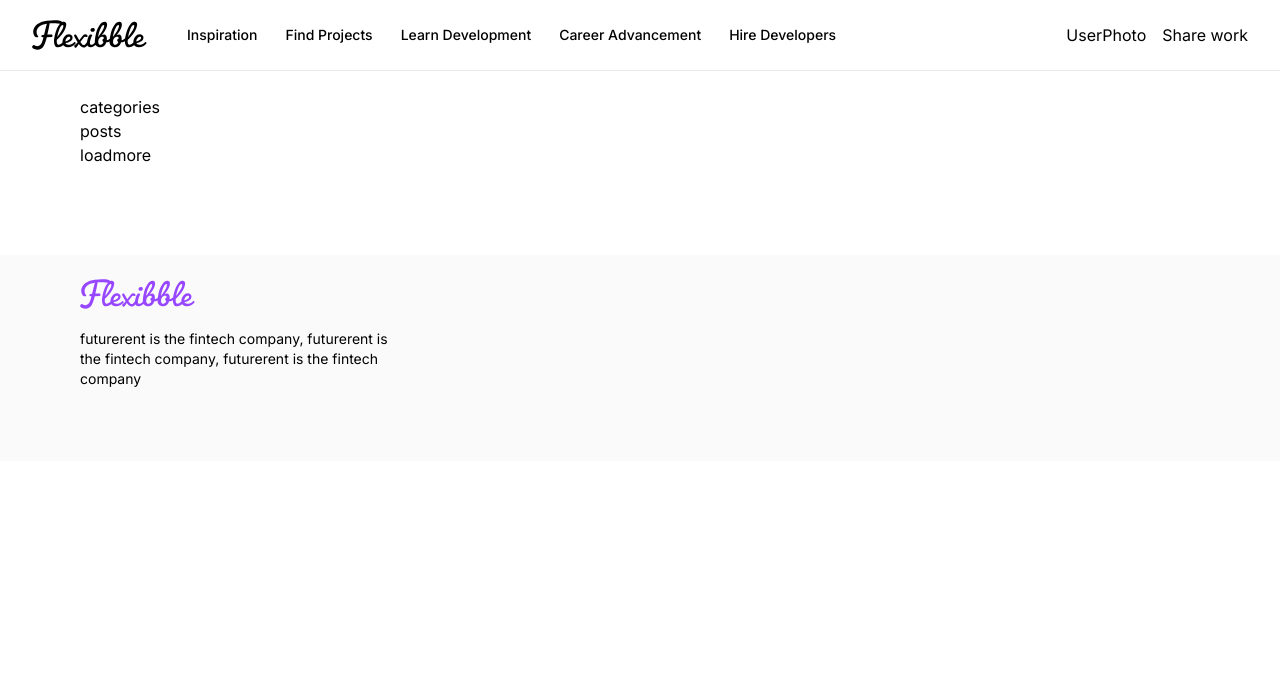
Repository: cicifuture/grafbase_proj
Page: /
These files come from the project's save history. The page is drawn as it stood at one moment and after the next save; the edit follows.
The browser window is 1280 px wide. The pictures show the whole page.
The project was rebuilt for these pictures with package versions that can differ from the ones it lists, and the page was loaded fresh each time. The framework's server and built-in components were replaced by stand-ins that run in the browser. Also part of the build but not shown: next.config.js, components/AuthProviders.tsx.

Above is the page before, as saved 2023-09-26 10:07:56.

After the next save:
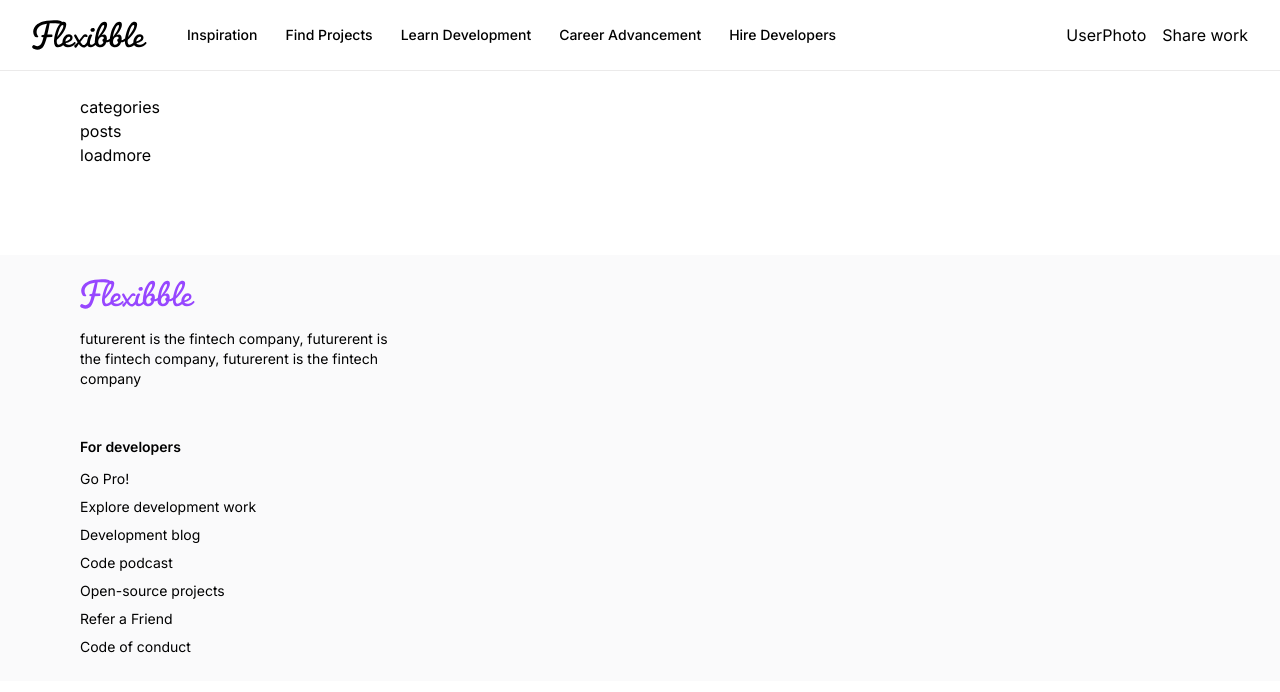
Saved 2 min 5 s later.
--- a/components/Footer.tsx
+++ b/components/Footer.tsx
@@ -1,6 +1,7 @@
 import React from 'react'
 import Image from 'next/image'
 import Link from 'next/link';
+import { footerLinks } from '@/constant';
 
 
 type ColumnProps = {
@@ -25,7 +26,9 @@
                 alt="Flexibble"/>
           <p className='text-start text-sm font-normal mt-5 max-w-xs'>futurerent is the fintech company, futurerent is the fintech company, futurerent is the fintech company</p>
         </div>
-        <div className='flex flex-wrap'></div>
+        <div className='flex flex-wrap gap-12'>
+          <FooterColumn title={footerLinks[0].title} links={footerLinks[0].links}/>
+        </div>
       </div>
     </footer>
 
